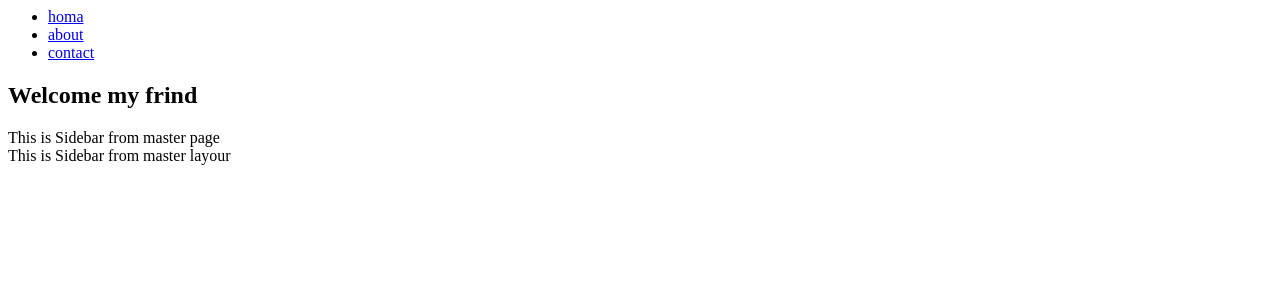
Repository: Waleied/laravel-postgres-app
Page: http://localhost/my
These files come from the project's save history. The page is drawn as it stood at one moment and after the next save; the edit follows.
The browser window is 1280 px wide. The pictures show the whole page.
The page is served by the project's Laravel application, run on PHP 8.4 with Laravel 8.

Above is the page before, as saved 2021-12-29 09:36:35.

After the next save:
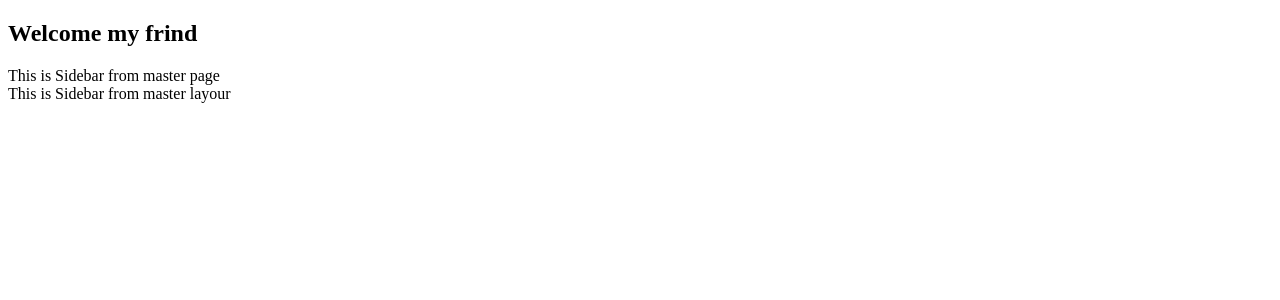
Saved 23 s later.
--- a/resources/views/my.blade.php
+++ b/resources/views/my.blade.php
@@ -1,5 +1,5 @@
 @extends('extends.lidar')
-@extends('extends.navbar')
+
 
 @section('title',' Me')
 
